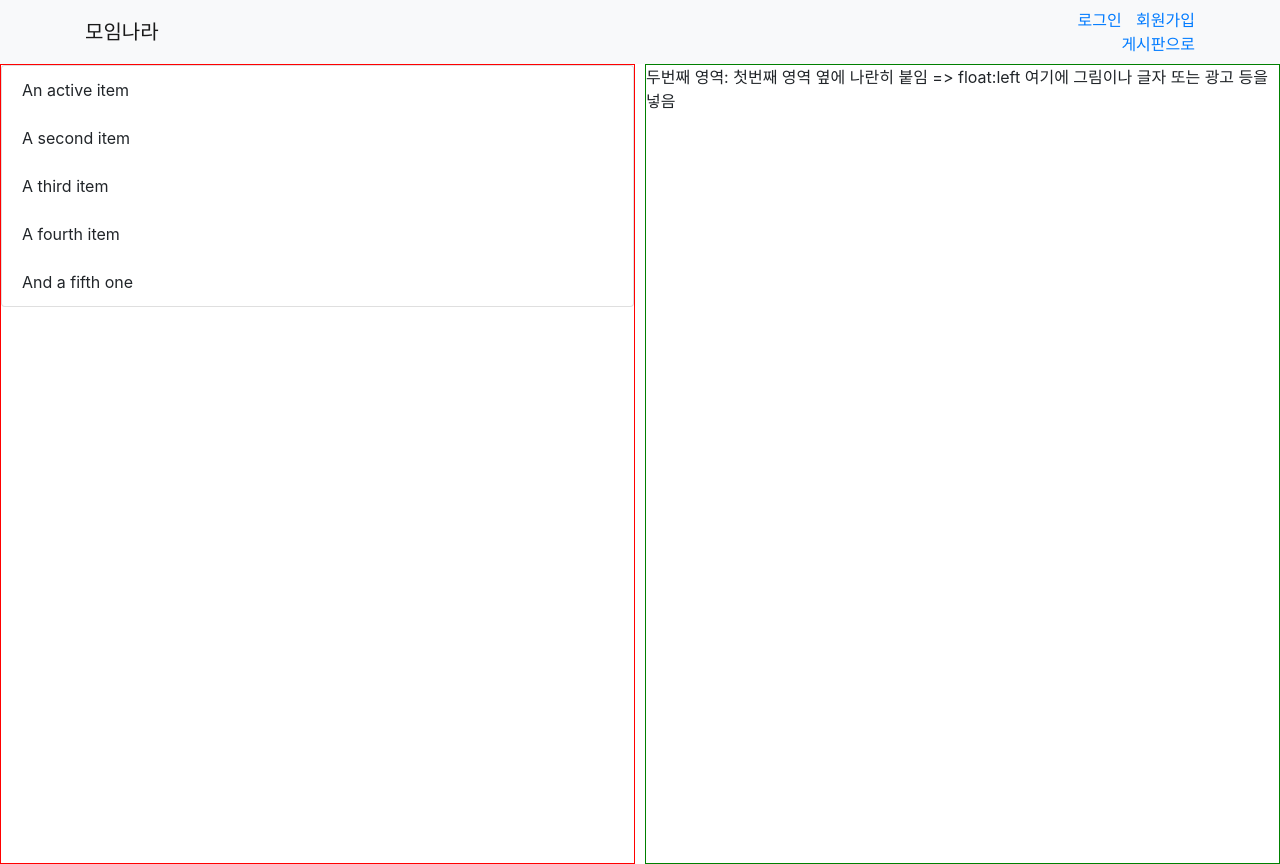
Repository: cmg9707/Devfox-spring-project
Page: http://localhost/DevJUS/WEB-INF/views/JUS/info.jsp
An editor plug-in stored every save of this project. The page is shown before and after the next save, followed by the edit.
The browser window is 1280 px wide. The pictures show the whole page.
Some web libraries are served in a nearby version. The page is served by Tomcat 9. Nobody is signed in. Other server files are loaded and not shown. The template is opened directly, without the code that normally fills it, so the values that code supplies are empty.

Above is the page before, as saved 2023-04-13 23:33:04.

### DevJUS/src/main/webapp/WEB-INF/views/JUS/info.jsp
<%@ page language="java" contentType="text/html; charset=UTF-8"
	pageEncoding="UTF-8"%>
<%@ taglib uri="http://java.sun.com/jsp/jstl/core" prefix="c"%>


<!DOCTYPE html>
<html>
<head>
<script
	src="https://ajax.googleapis.com/ajax/libs/jquery/1.11.0/jquery.min.js"></script>
<meta http-equiv="X-UA-Compatible" content="IE=edge">
<meta name="viewport" content="width=device-width, initial-scale=1">
<link
	href="https://cdn.jsdelivr.net/npm/bootstrap@5.3.0-alpha1/dist/css/bootstrap.min.css"
	rel="stylesheet"
	integrity="sha384-GLhlTQ8iRABdZLl6O3oVMWSktQOp6b7In1Zl3/Jr59b6EGGoI1aFkw7cmDA6j6gD"
	crossorigin="anonymous">
<link rel="stylesheet"
	//href="https://stackpath.bootstrapcdn.com/bootstrap/4.3.1/css/bootstrap.min.css"
	integrity="sha384-ggOyR0iXCbMQv3Xipma34MD+dH/1fQ784/j6cY/iJTQUOhcWr7x9JvoRxT2MZw1T"
	crossorigin="anonymous">
<meta charset="UTF-8">
<title>Insert title here</title>

</head>
<body>
	       <!-- Navigation-->
        <nav class="navbar navbar-light bg-light static-top">
            <div class="container">
                <a class="navbar-brand" href="index">모임나라</a>
                <div style="text-align: right;">
        <c:if test = "${user.user_power == 'x'}"> <!-- user -->
				<a href="user_mu" ><img src="/resources/css/img/user.png" alt="" style="width: 10%;"></a>
				${user.user_name}
				<a href="index" ><img src="/resources/css/img/logout.png" alt="" style="width: 10%;"></a>
		</c:if>
		<c:if test = "${user.user_power == 'o'}"> <!-- admin -->
				<a href="user_mu" >관리자</a>
				<a href="index" ><img src="/resources/css/img/logout.png" alt="" style="width: 10%;"></a>
		</c:if>
		 <c:if test = "${empty user}">
                <div >
				<a href="login" style="margin: 10px;">로그인</a>
                <a href="join">회원가입</a>
             	</div>
        </c:if>
        	<a href="board" >게시판으로</a>
             	</div>
            </div>

        </nav>

<div style="display: flex; justify-content: center;">
  <div style="width:700px; height:800px; border:1px solid red; float:left; margin-right:10px;">
    	<ul class="list-group">
  			<li class="list-group-item">An active item</li>
  			<li class="list-group-item">A second item</li>
  			<li class="list-group-item">A third item</li>
  			<li class="list-group-item">A fourth item</li>
  			<li class="list-group-item">And a fifth one</li>
		</ul>
  </div>
  <div style="width:700px; height:800px; border:1px solid green; float:left;">
    두번째 영역:
    첫번째 영역 옆에 나란히 붙임 => float:left
    여기에 그림이나 글자 또는 광고 등을 넣음
  </div>
</div>
	<script>

	</script>
</body>
</html>

After the next save:
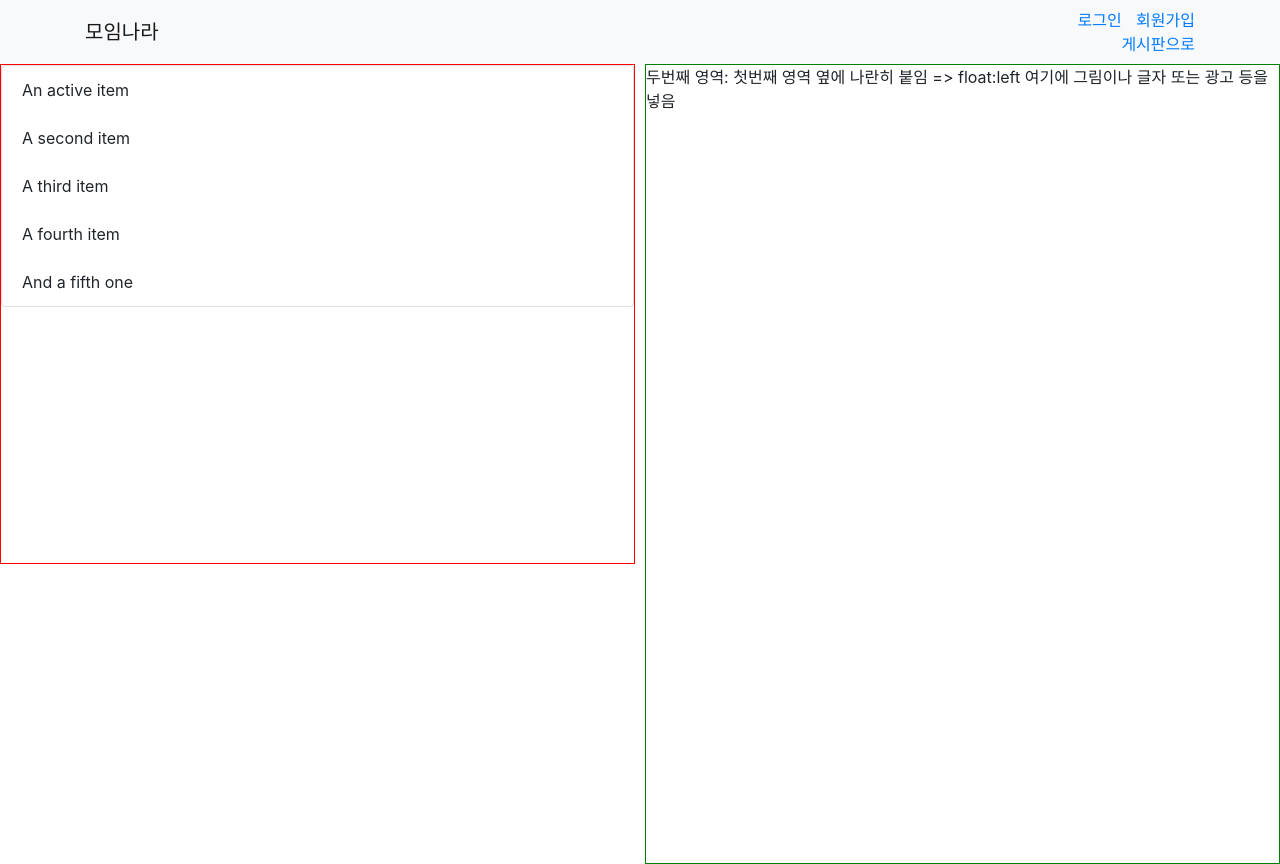
Saved 22 s later.
--- a/DevJUS/src/main/webapp/WEB-INF/views/JUS/info.jsp
+++ b/DevJUS/src/main/webapp/WEB-INF/views/JUS/info.jsp
@@ -51,8 +51,8 @@
         </nav>
 
 <div style="display: flex; justify-content: center;">
-  <div style="width:700px; height:800px; border:1px solid red; float:left; margin-right:10px;">
-    	<ul class="list-group">
+  <div style="width:700px; height:500px; border:1px solid red; float:left; margin-right:10px;">
+    	<ul class="list-group" style="">
   			<li class="list-group-item">An active item</li>
   			<li class="list-group-item">A second item</li>
   			<li class="list-group-item">A third item</li>
